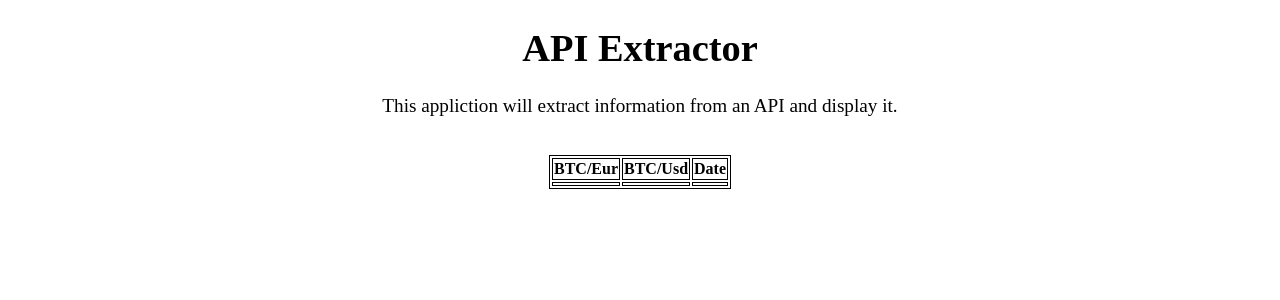
Repository: vxyux/api-extraction
Page: index.html
An editor plug-in stored every save of this project. The page is shown before and after a run of saves, followed by the edit.
The browser window is 1280 px wide. The pictures show the whole page.
The page's requests for data from a server got no answer.

Above is the page before, as saved 2023-09-05 10:36:03.

After the next 2 saves:
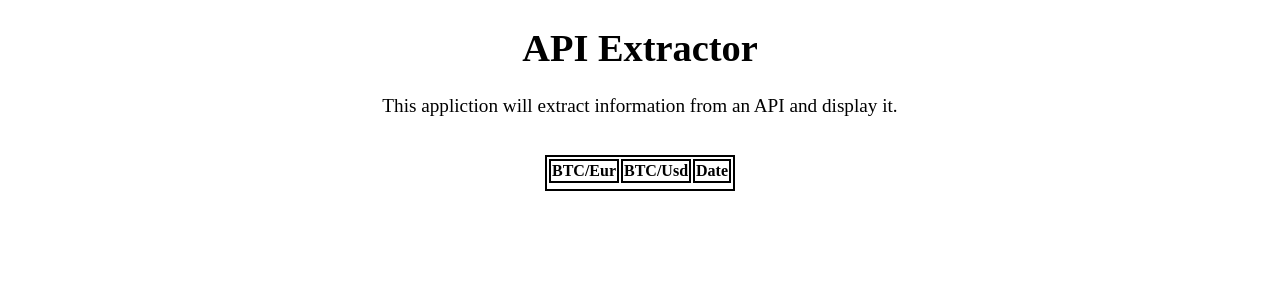
The 2 saves are shown as one change because they came seconds apart.
The last was saved 7 s later.
--- a/stylesheet.css
+++ b/stylesheet.css
@@ -3,10 +3,10 @@
   font-size: 120%;
 }
 
-table, th, td
+table, th
 {
   border: 1px solid black;
-  border-width: px;
+  border-width: 2px;
   margin-left: auto;
   margin-right: auto;
 }
